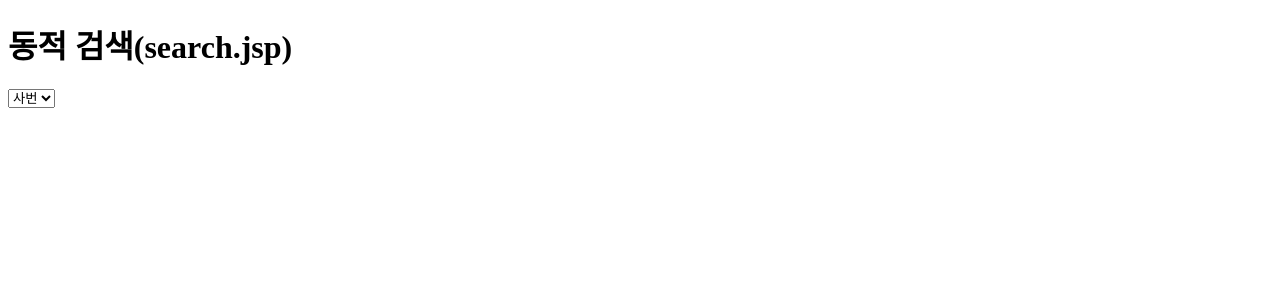
Repository: devnewbie-gt/60_web
Page: http://localhost/16_MVC_HR_FrontController/controller?type=search
These files come from the project's save history. The page is drawn as it stood at one moment and after the next save; the edit follows.
The browser window is 1280 px wide. The pictures show the whole page.
The page is served by Tomcat 9. Other server files are loaded and not shown.

Above is the page before, as saved 2021-02-07 08:21:45.

### 16_MVC_HR_FrontController/WebContent/search.jsp
<%@ page language="java" contentType="text/html; charset=UTF-8"
    pageEncoding="UTF-8"%>
<!DOCTYPE html>
<html>
<head>
<meta charset="UTF-8">
<title>동적 검색(search.jsp)</title>
</head>
<body>
	<h1>동적 검색(search.jsp)</h1>
	<form action="controller?type=search" method="post">
		<select name="idx">
			<option value="0">사번</option>
			<option value="1">이름</option>
			<option value="2">직종</option>
			<option value="3">부서</option>
		</select>
	</form>
</body>
</html>

### 16_MVC_HR_FrontController/src/com/bc/frontcontroller/FrontController.java
package com.bc.frontcontroller;

import java.io.IOException;
import java.util.List;

import javax.servlet.ServletException;
import javax.servlet.annotation.WebServlet;
import javax.servlet.http.HttpServlet;
import javax.servlet.http.HttpServletRequest;
import javax.servlet.http.HttpServletResponse;

import com.bc.model.DAO;
import com.bc.model.vo.EmployeeVO;

@WebServlet("/controller")
public class FrontController extends HttpServlet {

	@Override
	protected void doGet(HttpServletRequest request, HttpServletResponse response) throws ServletException, IOException {

		String type = request.getParameter("type");

		if("all".equals(type)) {
			// 1. DB 연결 후 데이터 취득
			List<EmployeeVO> list = DAO.getList();

			// 2. 응답 페이지(list.jsp)에 데이터 전달(request 객체에 속성 값으로 전달)
			request.setAttribute("list", list);
			request.getRequestDispatcher("list.jsp").forward(request, response);
		}
		else if ("dept".equals(type)) {
			request.getRequestDispatcher("dept.jsp").forward(request, response);
		}
		else if("deptList".equals(type)) {
			String deptno = request.getParameter("deptno");
			List<EmployeeVO> list = DAO.getDeptnoList(deptno);
			request.setAttribute("deptList", list);
			request.setAttribute("deptno", deptno);
			request.getRequestDispatcher("deptList.jsp").forward(request, response);
		}
		else if("fullname".equals(type)) {
			request.getRequestDispatcher("fullname.jsp").forward(request, response);
		}
		else if("fullnameList".equals(type)) {
			String fullname = request.getParameter("fullname");
			List<EmployeeVO> list = DAO.getFullnameList(fullname);
			request.setAttribute("fullnameList", list);
			request.getRequestDispatcher("fullnameList.jsp").forward(request, response);
		}
		else if("search".equals(type)) {
			request.getRequestDispatcher("search.jsp").forward(request, response);
		}

	}

	@Override
	protected void doPost(HttpServletRequest request, HttpServletResponse response) throws ServletException, IOException {
		request.setCharacterEncoding("UTF-8");
		doGet(request, response);
	}

}

After the next save:
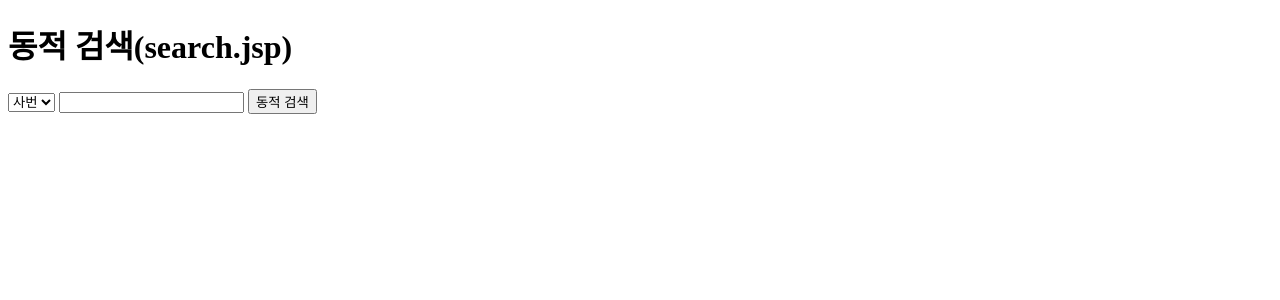
Saved 39 s later.
--- a/16_MVC_HR_FrontController/WebContent/search.jsp
+++ b/16_MVC_HR_FrontController/WebContent/search.jsp
@@ -15,6 +15,8 @@
 			<option value="2">직종</option>
 			<option value="3">부서</option>
 		</select>
+		<input type="text" name="keyword">
+		<input type="submit" value="동적 검색">
 	</form>
 </body>
 </html>
